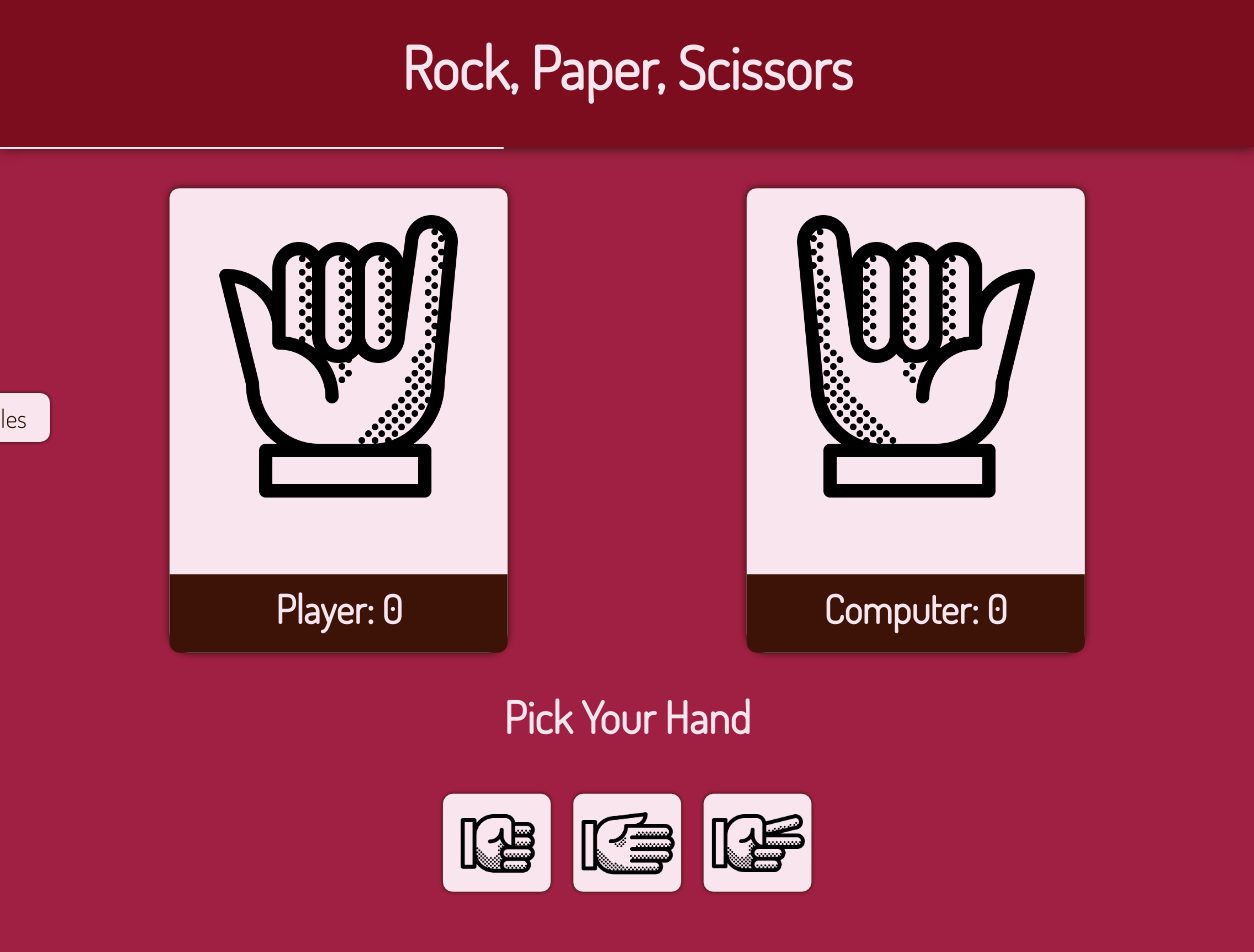
Repository: shayanabedi98/rock-paper-scissors
Page: index.html
An editor plug-in stored every save of this project. The page is shown before and after the next save, followed by the edit.
The browser window is 1280 px wide. The pictures show the whole page, at 98% of full size.

Above is the page before, as saved 2023-07-21 13:31:24.

### index.html
<!DOCTYPE html>
<html lang="en">
<head>
    <meta charset="UTF-8">
    <meta name="viewport" content="width=device-width, initial-scale=1.0">
    <title>Rock, Paper, Scissors</title>
    <link rel="preconnect" href="https://fonts.googleapis.com">
    <link rel="preconnect" href="https://fonts.gstatic.com" crossorigin>
    <link href="https://fonts.googleapis.com/css2?family=Dosis:wght@300&display=swap" rel="stylesheet">
    <link rel="stylesheet" href="styles.css">
</head>
<body>
    <div class="dark-div">
    </div>
    <div class="header">
        <h1>Rock, Paper, Scissors</h1>
    </div>
    <div class="rules-btn">
        <button>Rules</button>
    </div>
    <div class="container">
        <div class="card">
            <div class="player">
                <img src="resources/startleft.png" alt="Starting image before game">
                <h3>Player: 0</h3>
            </div>
        </div>
        <div class="card">
            <div class="computer">
                <img src="resources/start.png" alt="Starting image before game">
                <h3>Computer: 0</h3>
            </div>
        </div>
    </div>
    <div class="caption">
        <h2>Pick Your Hand</h2>
    </div>
    <div class="button-container">
        <button class="btn" id="rock"><img src="resources/rockleft.png" alt="rock option"></button>
        <button class="btn" id="paper"><img src="resources/paperleft.png" alt="paper option"></button>
        <button class="btn" id="scissors"><img src="resources/scissorsleft.png" alt="scissors option"></button>
    </div>
    <div class="rules">
        <h1>Rules</h1>
        <p>Rock beats Scissors. <br>Paper beats Rock. <br>Scissors beats Paper. <br>You(Player) vs Computer. <br>Best 3/5 wins. <br>Simple enough?</p>
        <button>Close</button>
    </div>
    <script src="index.js"></script>
</body>
</html>

### styles.css
body {
    font-family:'Dosis', sans-serif;
    margin: 0;
    padding: 0;
    background-color: #9F2042;
    color: #F8E5EE;
}

h1 {
    font-size: 60px;
    margin-top: 0;

}

.dark-div {
    background-color: #211103;
    position: absolute;
    z-index: 1;
    width: 100%;
    height: 100%;
    opacity: 0;
    visibility: hidden;
}

.header {
    text-align: center;
    background-color: #7B0D1E;
    height: 120px;
    padding-top: 30px;
    box-shadow: 0 0 12px 0 #211103;
}

.rules-btn {
    border: 1px solid;
width: 40%;
}

.rules-btn button {
    font-family: 'Dosis', sans-serif;
    font-size: 26px;
    background-color: #F8E5EE;
    color: #211103;
    width: 100px;
    height: 50px;
    cursor: pointer;
    border: 0;
    border-radius: 10px;
    box-shadow: 0 0 4px 0 #211103;
    position: absolute;
    margin-top: 250px;
    transform: translateX(-50px);
    text-align: center;
}

.caption {
    text-align: center;
    font-size: 30px;
}

.container {
    text-align: center;
    display: block;
    margin-top: 40px;
}

.card {
    display: inline-block;
    background-color: #F8E5EE;
    box-shadow: 0 0 8px 0 #211103;
    margin: 0 120px;
    border-radius: 10px 10px 20px 20px;
}

.card img {
    height: 350px;
    width: 345px;
}

.card h3 {
    font-size: 40px;
    color: #F8E5EE;
    background-color: #3D1308;
    margin-bottom: 0;
    height: 70px;
    padding-top: 10px;
    border-radius: 0  0 10px 10px;
}

.button-container {
    text-align: center;
    margin-top: 50px;
    height: 161px;
}

#rock, #paper, #scissors {
    font-family: 'Dosis', sans-serif;
    background-color: #F8E5EE;
    color: #211103;
    width: 110px;
    height: 100px;
    cursor: pointer;
    border: 0;
    border-radius: 10px;
    box-shadow: 0 0 4px 0 #211103;
    margin: 0 10px;
}

#rock img, #paper img, #scissors img {
    height: 100px;
}

#rock:hover, #paper:hover, #scissors:hover {
    box-shadow: 0 0 10px 0 #211103;
}

#rock:active, #paper:active, #scissors:active, #rock img:active, #paper img:active, #scissors img:active {
    box-shadow: none;
    height: 99px;
}

.rules {
    background-color: #F8E5EE;
    color: #211103;
    position: absolute;
    box-shadow: 0 0 10px 0 #211103;
    border-radius: 10px;
    text-align: center;
    margin-left: 40%;
    transform: translateY(-700px);
    width: 20%;
    z-index: 2;
    height: 450px;
    opacity: 0;
    visibility: hidden;
}

.rules p {
    font-size: 30px;
}

.rules button {
    font-family: 'Dosis', sans-serif;
    font-size: 26px;
    font-weight: 600;
    background-color: #F8E5EE;
    width: 80px;
    border: 0;
    text-decoration: overline;
    cursor: pointer;
}

.winner {
    text-align: center;
    margin-top: 350px;
}

.winner button {
    font-family: 'Dosis', sans-serif;
    font-size: 40px;
    font-family: 'Dosis', sans-serif;
    background-color: #F8E5EE;
    color: #211103;
    width: 200px;
    height: 100px;
    cursor: pointer;
    border: 0;
    border-radius: 10px;
    box-shadow: 0 0 4px 0 #211103;
}

@media (max-width: 1200px) {

    .rules-btn button {
        margin-top: 150px;
    }

    .card img {
        height: 210px;
        width: 200px;
    }
    .card h3 {
        margin-top: 0;
        font-size: 30px;
    }
}

@media (max-width: 900px) {

    .card {
        margin: 0 70px;
    }

    .card img {
        height: 190px;
        width: 180px;
    }
}

@media (max-width: 680px) {
    .rules-btn button {
        width: 60px;
        height: 35px;
        font-size: 20px;
        margin-left: 20px;
    }

    .card {
        margin: 0 50px;
    }
}

@media (max-width: 565px) {

    h1 {
        font-size: 50px;
    }

    .header {
        text-align: center;
        background-color: #7B0D1E;
        height: 80px;
        padding-top: 10px;
        box-shadow: 0 0 12px 0 #211103;
    }

    .card {
        margin: 0 40px;
    }

    .card img {
        height: 160px;
        width: 150px;
    }
    .card h3 {
        font-size: 20px;
        height: 30px;
        padding-top: 2px;
    }
}

@media (max-width: 465px) {
    .rules-btn button {
        position: relative;
    }
}

### index.js
var scoreP = 0;
var scoreC = 0;
var winner = document.querySelector('.winner');
var caption = document.querySelector('.caption h2');
var rock = document.querySelector('#rock');
var paper = document.querySelector('#paper');
var scissors = document.querySelector('#scissors');
var computer = document.querySelector('.computer img');
var player = document.querySelector('.player img');
var btn = document.querySelectorAll('.btn');
var playerPick;
var computerPick;
var rules = document.querySelector('.rules');
var rulesClose = document.querySelector('.rules button');
var rulesButton = document.querySelector('.rules-btn button');
var darkDiv = document.querySelector('.dark-div');

//animations for the rules card
rulesButton.addEventListener('click', function() {
    rules.style.opacity = '100';
    rules.style.transition = "0.5s"
    rules.style.visibility = 'visible';
    darkDiv.style.opacity = '0.5';
    darkDiv.style.transition = "0.5s"
    darkDiv.style.visibility = 'visible';
});

rulesClose.addEventListener('click', function() {
    rules.style.visibility = 'hidden';
    rules.style.opacity = '0';
    rules.style.transition = "0.5s";
    darkDiv.style.visibility = 'hidden';
    darkDiv.style.opacity = '0';
    darkDiv.style.transition = "0.5s";
});

//game mechanics
function rng() {
    return Math.floor(Math.random() * 3) + 1;
};

rock.addEventListener('click', function() {
    player.src = 'resources/rockleft.png';
    playerPick = 'rock';
});
paper.addEventListener('click', function() {
    player.src = 'resources/paperleft.png';
    playerPick = 'paper';
});
scissors.addEventListener('click', function() {
    player.src = 'resources/scissorsleft.png';
    playerPick = 'scissors';
});

for (let i = 0; i < btn.length; i ++){
    btn[i].addEventListener('click', function() {
        rng();
        if (rng() === 1) {
            computer.src = 'resources/rock.png';
            computerPick = 'rock';
        } else if (rng() === 2) {
            computer.src = 'resources/paper.png';
            computerPick = 'paper';
        } else if (rng() === 3) {
            computer.src = 'resources/scissors.png';
            computerPick = 'scissors';
        }

        if (playerPick === computerPick) {
            caption.innerHTML = 'Tie!';
        }

        else if ((playerPick === 'rock' && computerPick === 'paper') || (playerPick === 'scissors' && computerPick === 'rock') || (playerPick === 'paper' && computerPick === 'scissors')) {
            caption.innerHTML = 'Point for Computer!';
            scoreC ++;
        }

        else if ((playerPick === 'rock' && computerPick === 'scissors') || (playerPick === 'scissors' && computerPick === 'paper') || (playerPick === 'paper' && computerPick === 'rock')) {
            caption.innerHTML = 'Point for Player!';
            scoreP ++;
        }

        document.querySelector('.player h3').innerHTML = 'Player: ' + scoreP;
        document.querySelector('.computer h3').innerHTML = 'Computer: ' + scoreC;

        if (scoreC === 3) {
            window.location.replace('./loser.html');
        } else if (scoreP === 3) {
            window.location.replace('./winner.html');

        }
    });
};

function playAgain() {
    window.location.replace('./index.html');
};

After the next save:
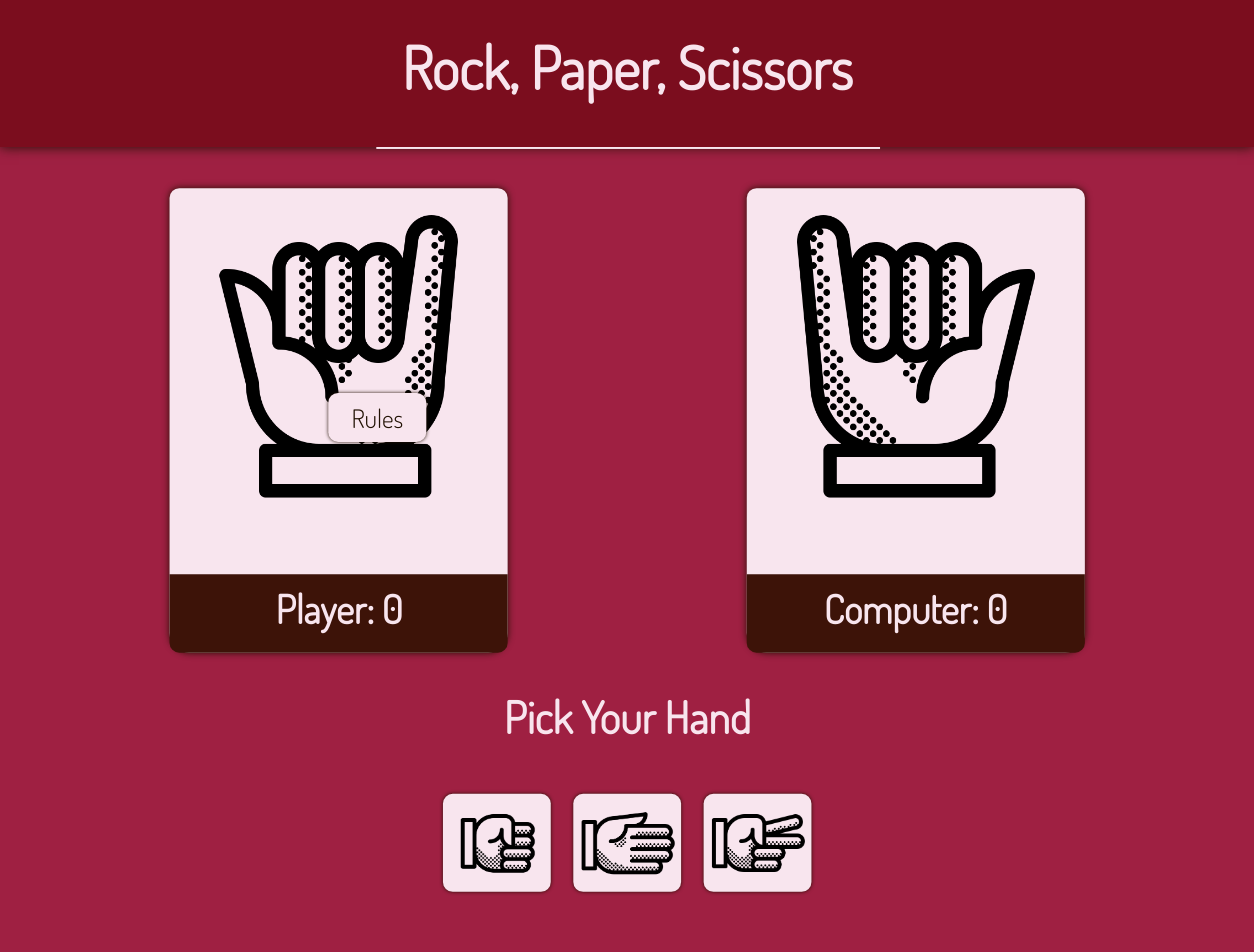
Saved 14 s later.
--- a/styles.css
+++ b/styles.css
@@ -32,7 +32,8 @@ h1 {
 
 .rules-btn {
     border: 1px solid;
-width: 40%;
+    width: 40%;
+    margin-left: 30%;
 }
 
 .rules-btn button {
